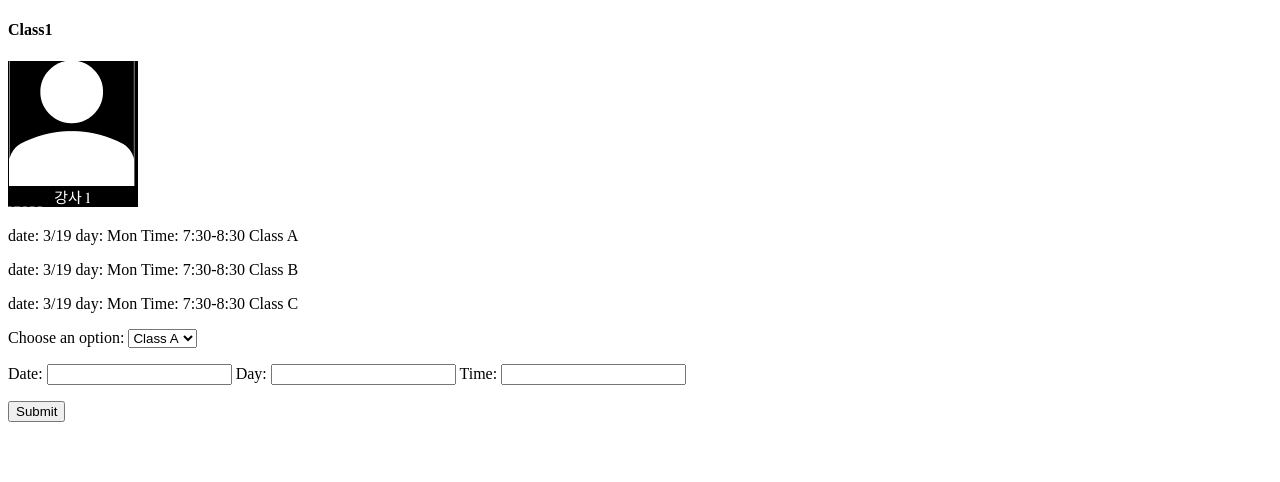
Repository: seonghun9906/semiProject
Page: http://localhost/drawAcademy/WEB-INF/views/Class/class1.jsp
These files come from the project's save history. The page is drawn as it stood at one moment and after the next save; the edit follows.
The browser window is 1280 px wide. The pictures show the whole page.
The page is served by Tomcat 9. Nobody is signed in. Other server files are loaded and not shown. The template is opened directly, without the code that normally fills it, so the values that code supplies are empty.

Above is the page before, as saved 2024-02-20 04:48:32.

### drawAcademy/src/main/webapp/WEB-INF/views/Class/class1.jsp
<%@ page language="java" contentType="text/html; charset=UTF-8" pageEncoding="UTF-8"%>
<%@ taglib uri="http://java.sun.com/jsp/jstl/core" prefix="c"%>
<!DOCTYPE html>
<html>
<head>
<meta charset="UTF-8">
<title>Insert title here</title>
<script src="https://code.jquery.com/jquery-3.7.1.min.js"
	integrity="sha256-/JqT3SQfawRcv/BIHPThkBvs0OEvtFFmqPF/lYI/Cxo="
	crossorigin="anonymous"></script>
<script>
    $(document).ready(function () {
        // 클래스를 선택했을 때의 이벤트 처리
        $("#selectOption").change(function () {
            // 선택된 옵션 값 가져오기
            var selectedClass = $(this).val();

            // 선택된 클래스에 따라 필드 값 설정
            if (selectedClass === "classA") {
                $("#dateField").val("3/19");
                $("#dayField").val("MON");
                $("#timeField").val("7:30-8:30");
            } else if (selectedClass === "classB") {
                $("#dateField").val("3/20");
                $("#dayField").val("TUE");
                $("#timeField").val("8:30-9:30");
            } else if (selectedClass === "classC") {
                $("#dateField").val("3/21");
                $("#dayField").val("WEN");
                $("#timeField").val("3:30-4:30");
            }

            // 필드를 활성화
            $("#dateField, #dayField, #timeField").prop("disabled", false);
        });
    });
</script>
</head>
<body>
<h4>Class1</h4>
<img src="resources/images/강사 프로필 사진.PNG" alt="강사1">
<p>
    <span>date: 3/19</span>
    <span>day: Mon</span>
    <span>Time: 7:30-8:30</span>
    <span>Class A</span>
</p>
<p>
    <span>date: 3/19</span>
    <span>day: Mon</span>
    <span>Time: 7:30-8:30</span>
    <span>Class B</span>
</p>
<p>
    <span>date: 3/19</span>
    <span>day: Mon</span>
    <span>Time: 7:30-8:30</span>
    <span>Class C</span>
</p>
<form id="classForm" action="your_action_url" method="post">
    <label for="selectOption">Choose an option:</label>
    <select id="selectOption" name="selectedOption">
        <option value="classA">Class A</option>
        <option value="classB">Class B</option>
        <option value="classC">Class C</option>
    </select>
    <p>
        <span>Date: <input type="text" id="dateField" name="date" readonly></span>
        <span>Day: <input type="text" id="dayField" name="day" readonly></span>
        <span>Time: <input type="text" id="timeField" name="time" readonly></span>
    </p>
    <input type="submit" value="Submit">
</form>
</body>
</html>

After the next save:
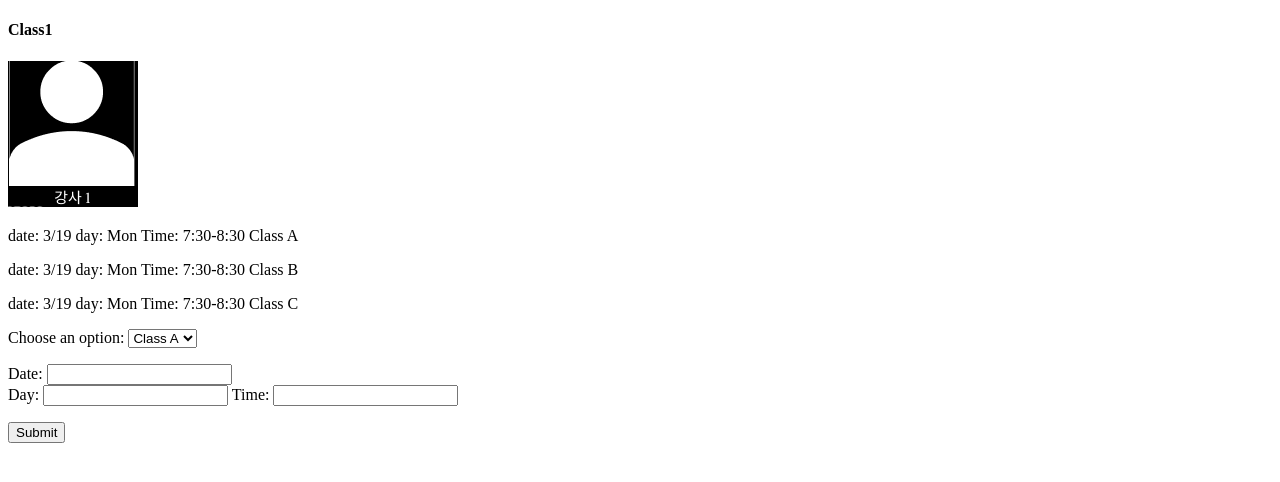
Saved 35 s later.
--- a/drawAcademy/src/main/webapp/WEB-INF/views/Class/class1.jsp
+++ b/drawAcademy/src/main/webapp/WEB-INF/views/Class/class1.jsp
@@ -66,7 +66,7 @@
     </select>
     <p>
         <span>Date: <input type="text" id="dateField" name="date" readonly></span>
-        <span>Day: <input type="text" id="dayField" name="day" readonly></span>
+        <br><span>Day: <input type="text" id="dayField" name="day" readonly></span>
         <span>Time: <input type="text" id="timeField" name="time" readonly></span>
     </p>
     <input type="submit" value="Submit">
